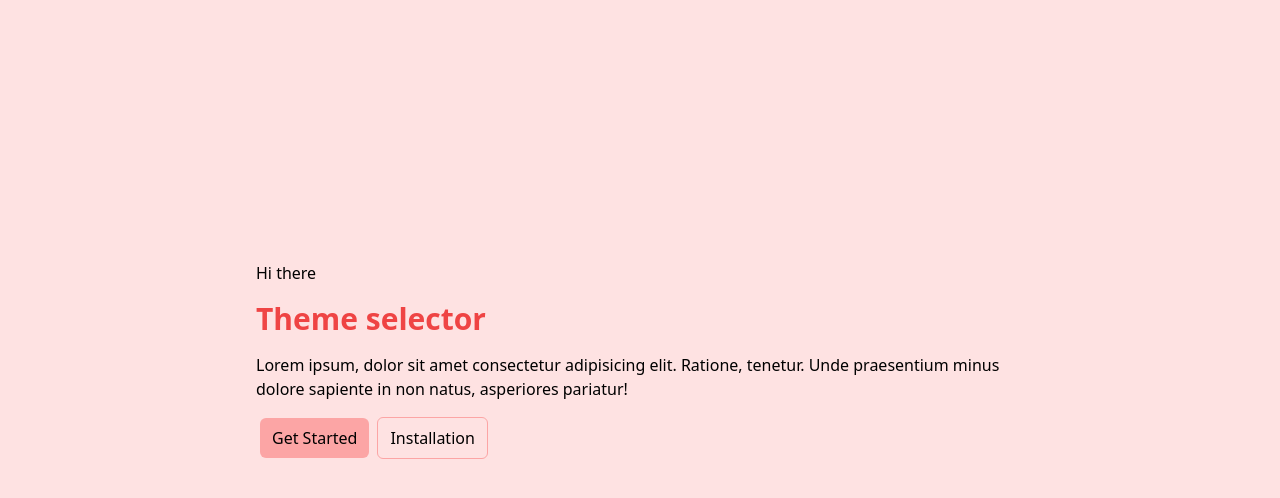
Repository: prince-bansal/tailwind-theme-switcher
Page: /
An editor plug-in stored every save of this project. The page is shown before and after the next save, followed by the edit.
The browser window is 1280 px wide. The pictures show the whole page.
The project was rebuilt for these pictures with package versions that can differ from the ones it lists, and the page was loaded fresh each time. Also part of the build but not shown: vite.config.ts, src/App.css.

Above is the page before, as saved 2024-03-17 19:09:55.

### src/App.tsx
import './App.css'

function App() {

  return (
    <div className="bg-red-100 min-h-screen flex items-center justify-center">
      <div className='w-[60%] m-auto'>
        <p>Hi there</p>
        <h1 className="text-3xl text-red-500 my-4 font-bold">Theme selector</h1>
        <p>
          Lorem ipsum, dolor sit amet consectetur adipisicing elit. Ratione,
          tenetur. Unde praesentium minus dolore sapiente in non natus,
          asperiores pariatur!
        </p>
        <button className="mt-4 bg-red-300 p-2 px-3 mx-1 rounded-md">Get Started</button>
        <button className="mt-4 border-red-300 border p-2 px-3 mx-1 rounded-md">Installation</button>

      </div>{" "}
    </div>
  );
}

export default App

Loaded but not shown: index.html (common file); src/main.tsx (common file); src/index.css (common file); tailwind.config.js (common file)

After the next save:
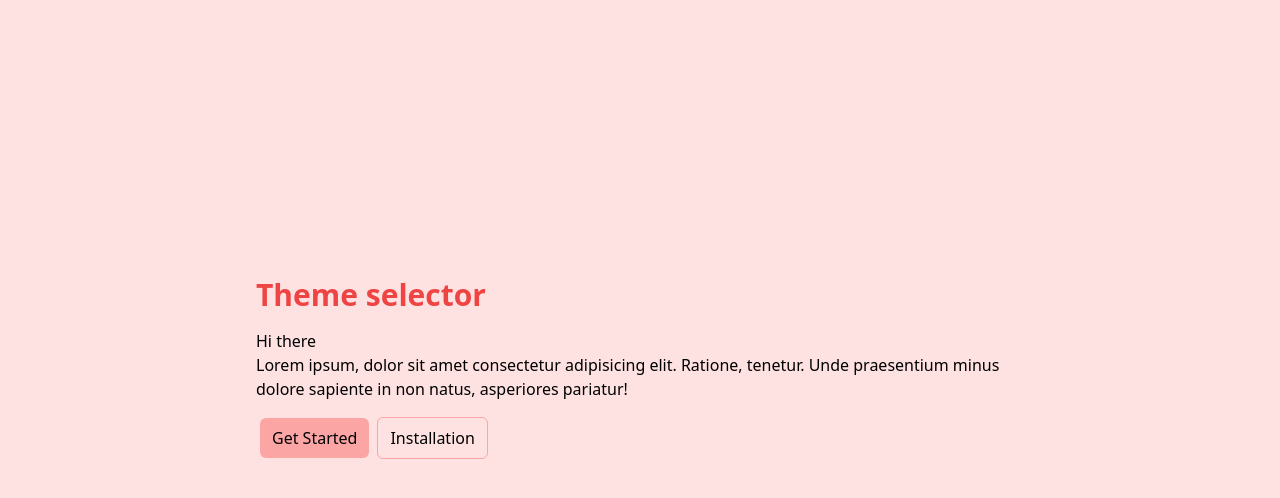
Saved 4 s later.
--- a/src/App.tsx
+++ b/src/App.tsx
@@ -5,8 +5,8 @@ function App() {
   return (
     <div className="bg-red-100 min-h-screen flex items-center justify-center">
       <div className='w-[60%] m-auto'>
+        <h1 className="text-3xl text-red-500 my-4 font-bold">Theme selector</h1>
         <p>Hi there</p>
-        <h1 className="text-3xl text-red-500 my-4 font-bold">Theme selector</h1>
         <p>
           Lorem ipsum, dolor sit amet consectetur adipisicing elit. Ratione,
           tenetur. Unde praesentium minus dolore sapiente in non natus,
